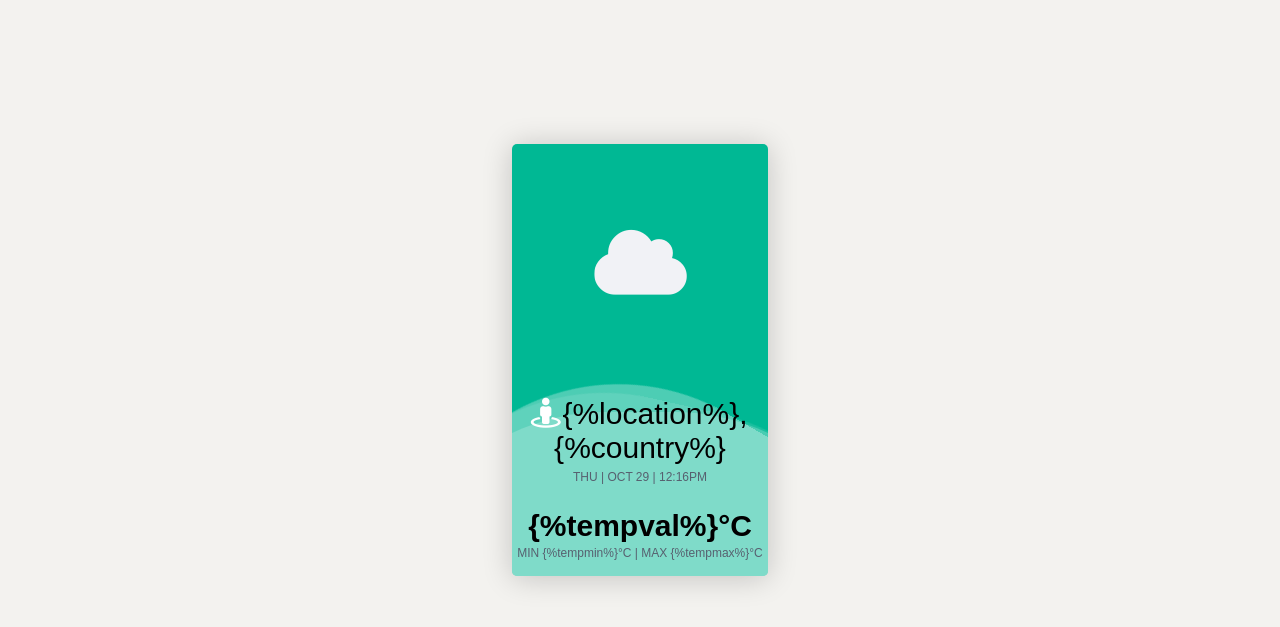
Repository: AalokJadhav/Weather_Website
Page: home.html
An editor plug-in stored every save of this project. The page is shown before and after the next save, followed by the edit.
The browser window is 1280 px wide. The pictures show the whole page.
Some web libraries are served in a nearby version.

Above is the page before, as saved 2020-11-03 08:24:54.

After the next save:
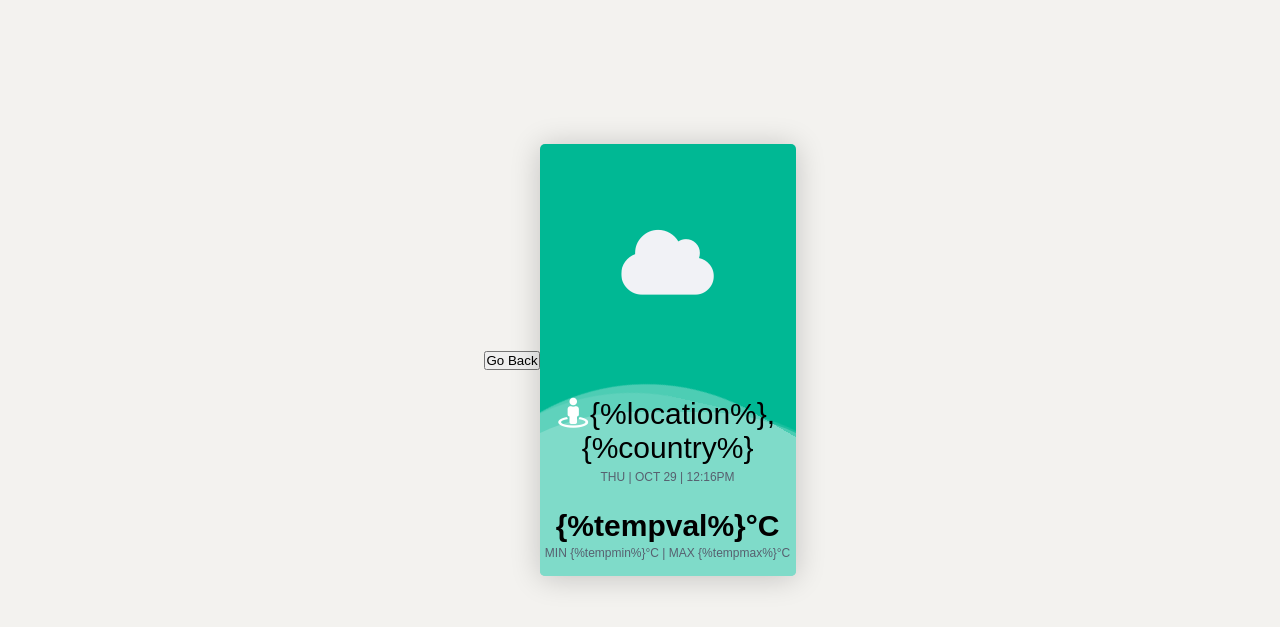
Saved 104 s later.
--- a/home.html
+++ b/home.html
@@ -212,6 +212,8 @@
 </head>
 
 <body>
+    <button onclick="goBack()">Go Back</button>
+    <br>
     <div class="box">
         <div class="wave -one"></div>
         <div class="wave -two"></div>

After the 2 saves that followed:
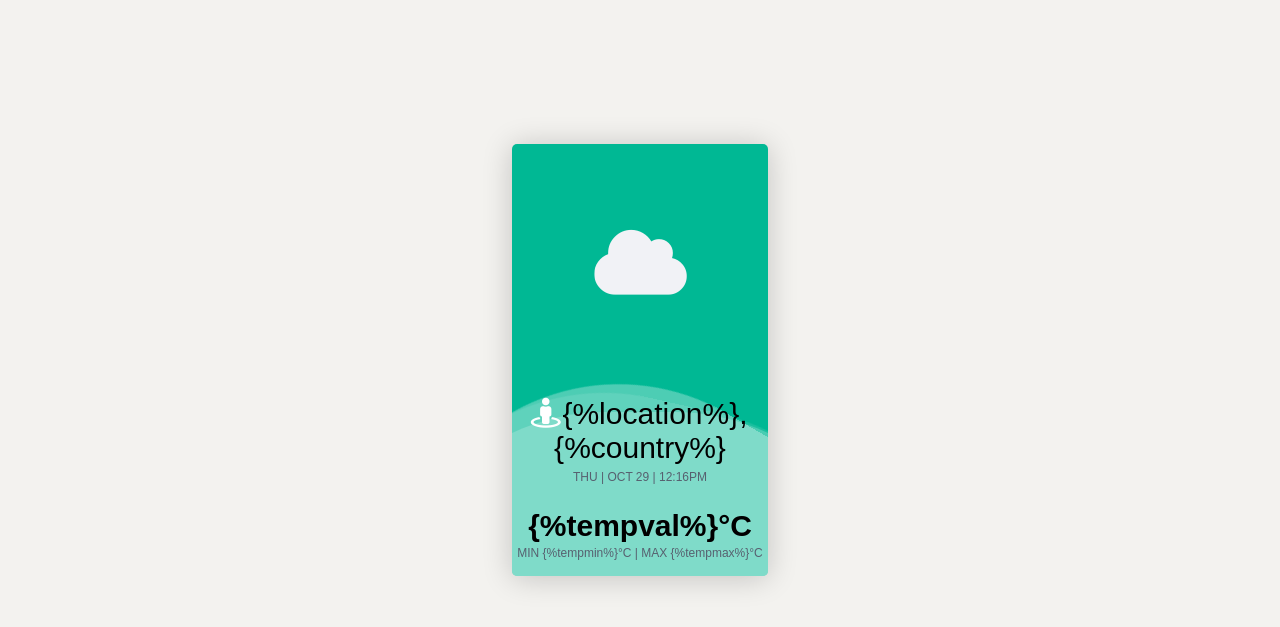
The 2 saves are shown as one change because 1 left the picture as it was.
The last was saved 110 s later.
--- a/home.html
+++ b/home.html
@@ -210,10 +210,8 @@
     </style>
     <title>Weather App</title>
 </head>
-
 <body>
-    <button onclick="goBack()">Go Back</button>
-    <br>
+
     <div class="box">
         <div class="wave -one"></div>
         <div class="wave -two"></div>
